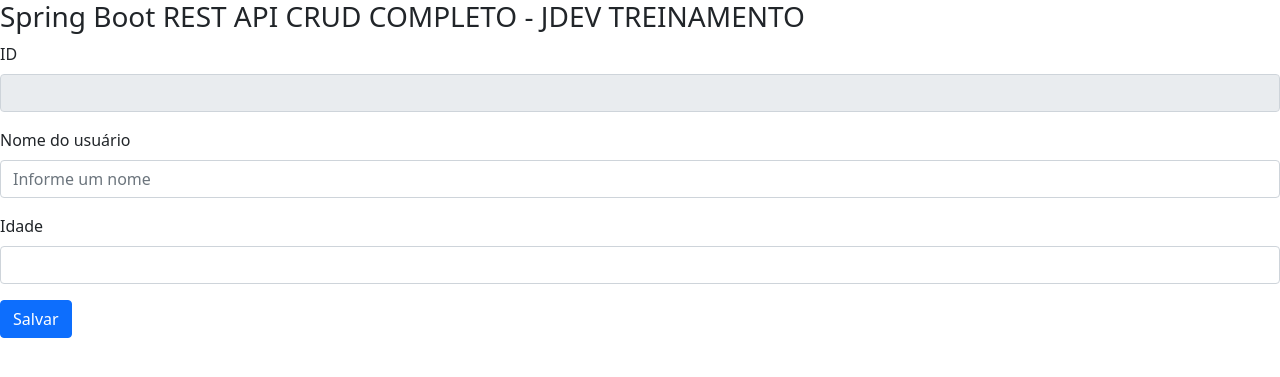
Repository: taian10/uploadCrudJava
Page: eclipse-workspace/springboot-rest-api-sample/src/main/resources/static/index.html
These files come from the project's save history. The page is drawn as it stood at one moment and after the next save; the edit follows.
The browser window is 1280 px wide. The pictures show the whole page.

Above is the page before, as saved 2022-01-08 20:21:33.

### eclipse-workspace/springboot-rest-api-sample/src/main/resources/static/index.html
<!DOCTYPE html>
<html lang="en">
<head>
<meta charset="ISO-8859-1">
<title>Insert title here</title>

<!-- Bootstrap CSS -->
    <link href="https://cdn.jsdelivr.net/npm/bootstrap@5.1.3/dist/css/bootstrap.min.css" rel="stylesheet" integrity="sha384-1BmE4kWBq78iYhFldvKuhfTAU6auU8tT94WrHftjDbrCEXSU1oBoqyl2QvZ6jIW3" crossorigin="anonymous">

</head>
<body>

<h3> Spring Boot REST API CRUD COMPLETO - JDEV TREINAMENTO</h3>

<form action="" id="formCadastroUser">


<div class="mb-3">
  <label for="id" class="form-label">ID</label>
  <input type="text" class="form-control" id="id" readonly="readonly">
</div>

<div class="mb-3">
  <label for="nome" class="form-label">Nome do usuário</label>
  <input type="text" class="form-control" id="nome" placeholder="Informe um nome" required="required">
</div>

<div class="mb-3">
  <label for="idade" class="form-label"">Idade</label>
  <input type="number" class="form-control" id="idade">
</div>


</form>

<button type="button" class="btn btn-primary" onclick= "salvarUsuario()">Salvar</button>

<script src="https://code.jquery.com/jquery-3.6.0.min.js" integrity="sha256-/xUj+3OJU5yExlq6GSYGSHk7tPXikynS7ogEvDej/m4=" crossorigin="anonymous"></script>

<!-- Option 1: Bootstrap Bundle with Popper -->
    <script src="https://cdn.jsdelivr.net/npm/bootstrap@5.1.3/dist/js/bootstrap.bundle.min.js" integrity="sha384-ka7Sk0Gln4gmtz2MlQnikT1wXgYsOg+OMhuP+IlRH9sENBO0LRn5q+8nbTov4+1p" crossorigin="anonymous"></script>

<script type="text/javascript">
	function salvarUsuario(){

		var id = $("#id").val();
		var nome = $("#nome").val();
		var idade = $("#idade").val();

		$.ajax({
			method: "POST",
			url : "salvar",
			data : JSON.stringify({id : id, nome : nome, idade : idade}),
			contentType: "application/json; charset-utf-8",
			success: function (response) {

				$("#id").val(response.id);
				alert("Gravou com sucesso!!")
				}
			}).fail(function (xhr, status, errorThrown)  {
				alert("Erro ao salvar usuário: " + xhr.responseText);
			});

	}

</script>
</body>
</html>

After the next save:
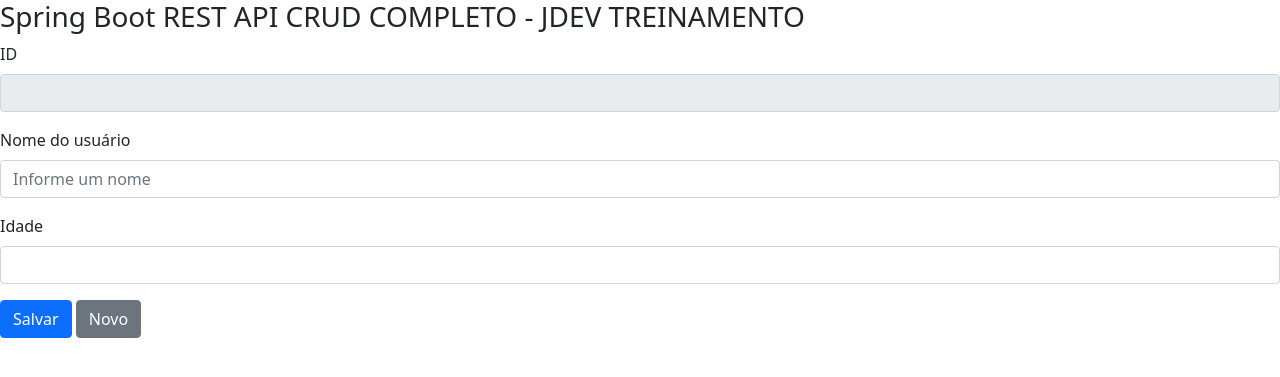
Saved 6 min 5 s later.
--- a/eclipse-workspace/springboot-rest-api-sample/src/main/resources/static/index.html
+++ b/eclipse-workspace/springboot-rest-api-sample/src/main/resources/static/index.html
@@ -34,6 +34,8 @@
 </form>
 
 <button type="button" class="btn btn-primary" onclick= "salvarUsuario()">Salvar</button>
+<button type="button" class="btn btn-secondary">Novo</button>
+
 
 <script src="https://code.jquery.com/jquery-3.6.0.min.js" integrity="sha256-/xUj+3OJU5yExlq6GSYGSHk7tPXikynS7ogEvDej/m4=" crossorigin="anonymous"></script>
 
